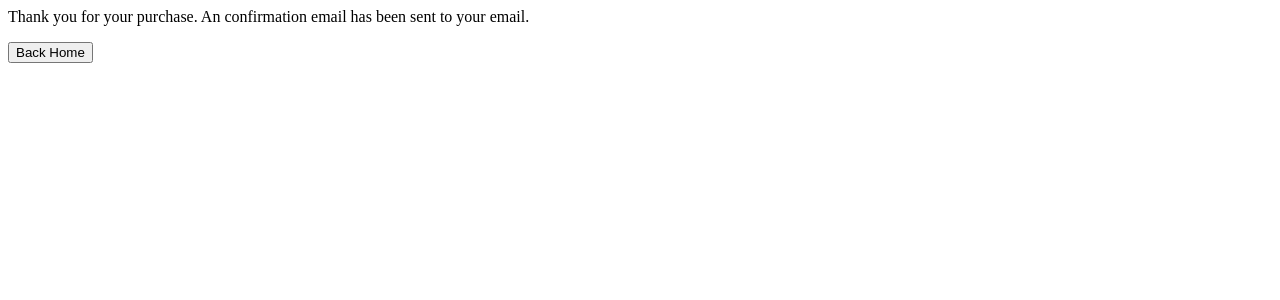
Repository: jackiye776/2021-Programming-On-The-Internet
Page: http://localhost/confirmation.php
The author's editor kept a record of every edit. The page is drawn from the files as they stood at one moment, then again after the next edit.
The browser window is 1280 px wide. The pictures show the whole page.
The page is run by PHP 8.4 with error messages shown; the project is at /var/www/html/.

Above is the page before.

After the next edit:
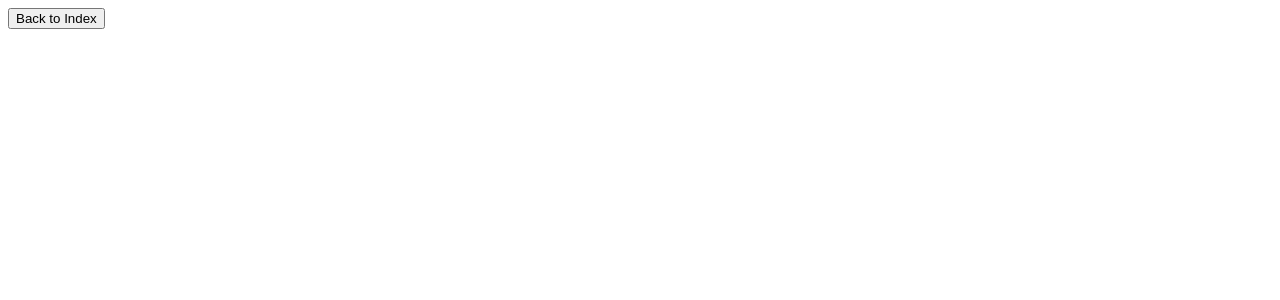
The edit:
--- a/Assignment_2/confirmation.php
+++ b/Assignment_2/confirmation.php
@@ -11,9 +11,8 @@
         <link rel="stylesheet" href="styles.css">
     </head>
     <body>
-        <p>Thank you for your purchase. An confirmation email has been sent to your email.</p>
         <form action="/index.html">
-            <input type="submit" value="Back Home"/>
+            <input type="submit" value="Back to Index"/>
         </form>
     </body>
 </html>
